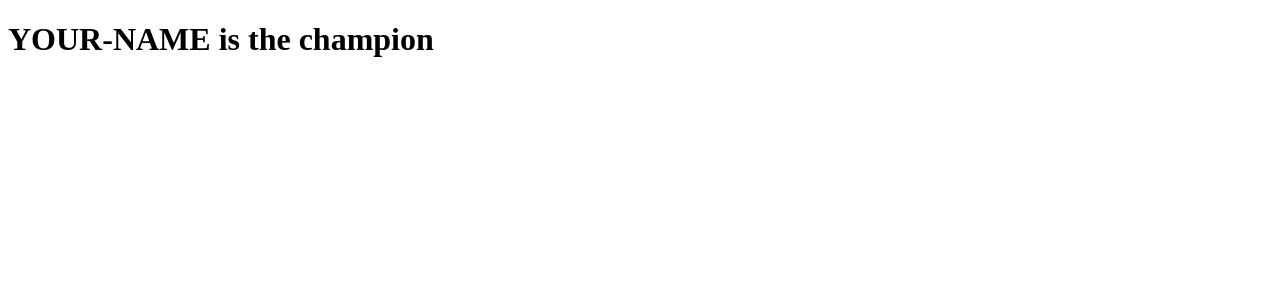
Repository: travinne/travthegr88
Page: development/code/phase-1/phase-0-the-dom-modifying-elements-lab/index.html
The author's editor kept a copy of each file at every save. The page is drawn from the files as they stood at one save, then again after the next save.
The browser window is 1280 px wide. The pictures show the whole page.

Above is the page before, as saved 2025-03-21 15:17:53.

### development/code/phase-1/phase-0-the-dom-modifying-elements-lab/index.html
<!DOCTYPE html>
<html>
  <head>
    <title>Creating and Inserting DOM Elements</title>
  </head>
  <script type="application/javascript">
  </script>
  <body>
    <main id="main"></main>
    <script type="text/javascript" src="index.js"></script>
  </body>
</html>

### development/code/phase-1/phase-0-the-dom-modifying-elements-lab/index.js
document.getElementById('main').remove();
const newHeader = document.createElement('h1');
newHeader.id = 'victory';
newHeader.textContent = 'YOUR-NAME is the champion';
document.body.appendChild(newHeader);

After the next save:
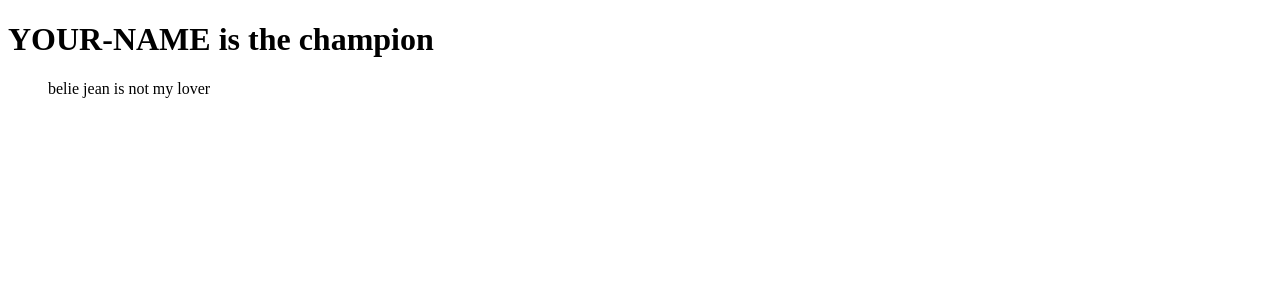
Saved 10 min 7 s later.
--- a/development/code/phase-1/phase-0-the-dom-modifying-elements-lab/index.js
+++ b/development/code/phase-1/phase-0-the-dom-modifying-elements-lab/index.js
@@ -3,3 +3,7 @@ const newHeader = document.createElement('h1');
 newHeader.id = 'victory';
 newHeader.textContent = 'YOUR-NAME is the champion';
 document.body.appendChild(newHeader);
+const create = document.createElement('ul');
+create.id = 'bilea';
+create.textContent = 'belie jean is not my lover';
+document.body.appendChild(create)
